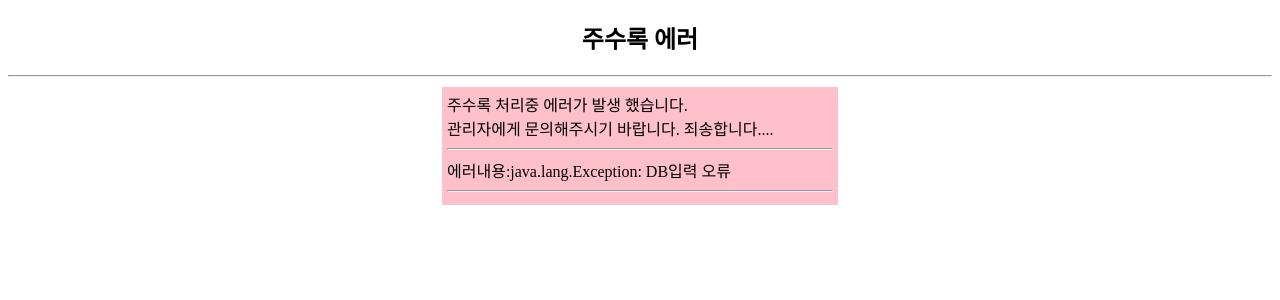
Repository: LeeHyukJe/jsp-bit
Page: http://localhost/jsp2/chap05/addrbook_error.jsp
These files come from the project's save history. The page is drawn as it stood at one moment and after the next save; the edit follows.
The browser window is 1280 px wide. The pictures show the whole page.
The page is served by Tomcat 9. Other server files are loaded and not shown.

Above is the page before, as saved 2017-09-19 08:34:18.

### jsp2/WebContent/chap05/addrbook_error.jsp
<%@ page language="java" contentType="text/html; charset=UTF-8"
    pageEncoding="UTF-8" isErrorPage="true"%>
<!DOCTYPE html PUBLIC "-//W3C//DTD HTML 4.01 Transitional//EN" "http://www.w3.org/TR/html4/loose.dtd">
<html>
<head>
<meta http-equiv="Content-Type" content="text/html; charset=UTF-8">
<title>에러페이지</title>
</head>
<body>
	<div align="center">
		<h2>주수록 에러</h2>
		<hr>
		<table cellpadding=5 width=400>
			<tr width=100% bgcolor="pink"><td>
			주수록 처리중 에러가 발생 했습니다.<br>
			관리자에게 문의해주시기 바랍니다.
			죄송합니다....
			<hr>
			에러내용:<%=new Exception("DB입력 오류") %>
			<hr>
			</td>
			</tr>
		</table>
	</div>
</body>
</html>

After the next save:
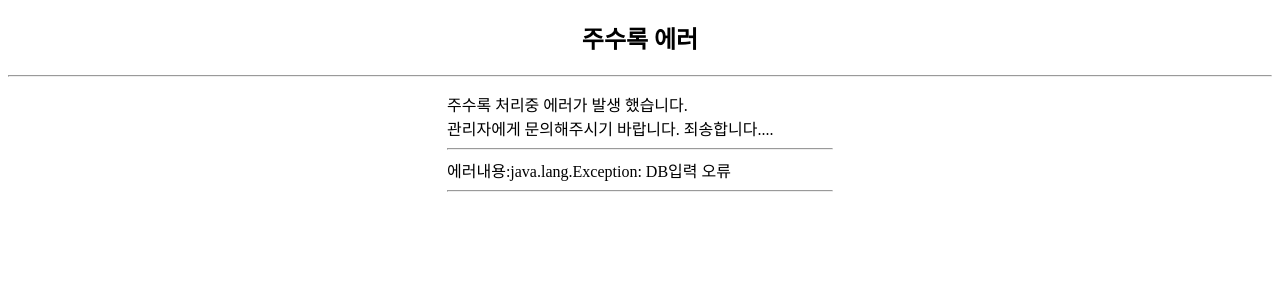
Saved 16 h 58 min later.
--- a/jsp2/WebContent/chap05/addrbook_error.jsp
+++ b/jsp2/WebContent/chap05/addrbook_error.jsp
@@ -11,7 +11,7 @@
 		<h2>주수록 에러</h2>
 		<hr>
 		<table cellpadding=5 width=400>
-			<tr width=100% bgcolor="pink"><td>
+			<tr style="bgcolor:pink";><td>
 			주수록 처리중 에러가 발생 했습니다.<br>
 			관리자에게 문의해주시기 바랍니다.
 			죄송합니다....
